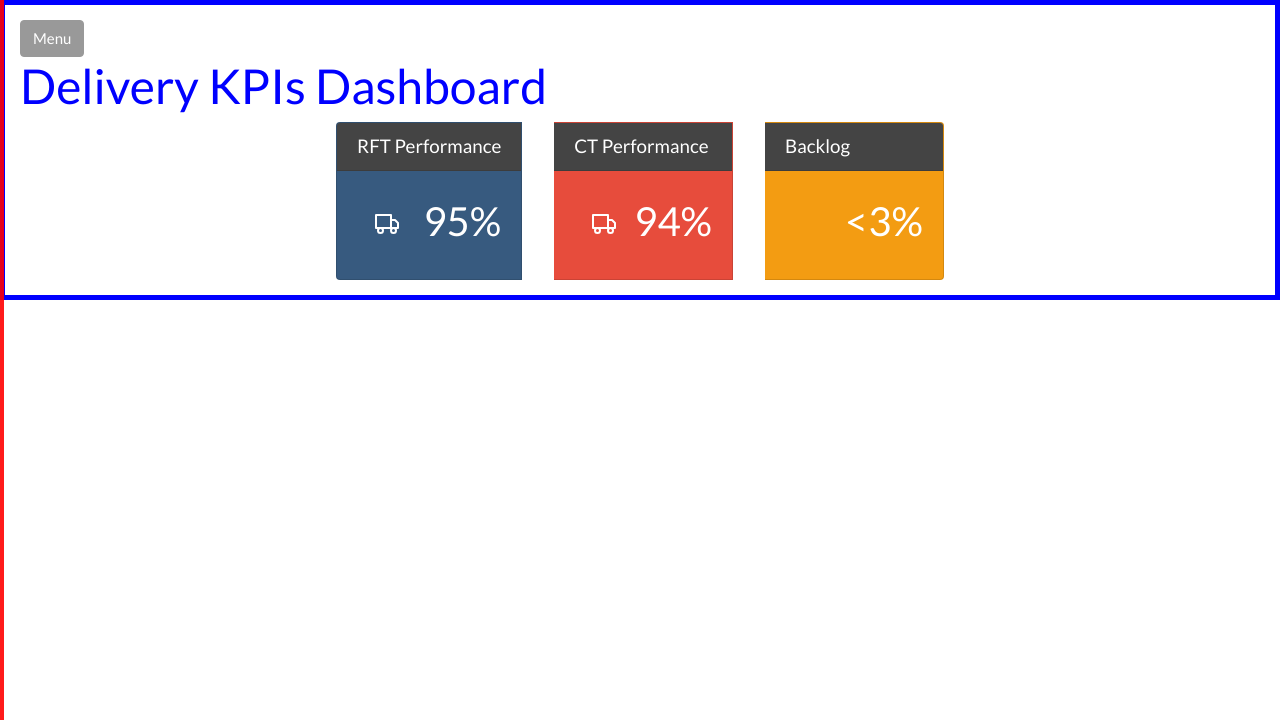
Repository: valenovi76/Delivery-Dashboard
Page: Index.html
The author's editor kept a record of every edit. The page is drawn from the files as they stood at one moment, then again after the next edit.
The browser window is 1280 px wide. The pictures show the whole page.
Some icons come from a web library that is not loaded, so they are not drawn. Some web libraries are served in a nearby version.

Above is the page before.
Console error: TypeError: Cannot read properties of null (reading 'textContent')

### Index.html
<!DOCTYPE html>
<html lang="en">

<head>
    <meta charset="UTF-8">
    <meta name="viewport" content="width=device-width, initial-scale=1.0">
    <meta http-equiv="X-UA-Compatible" content="ie=edge">

    <link rel="stylesheet" href="static/css/bootstrap.min.css" type="text/css" />
    <link rel="stylesheet" href="static/css/dc.min.css" type="text/css" />
    <link href="vendor/fontawesome-free/css/all.min.css" rel="stylesheet" type="text/css">
    <script type="text/javascript" src="static/js/d3.min.js"></script>
    <script type="text/javascript" src="static/js/crossfilter.min.js"></script>
    <script type="text/javascript" src="static/js/dc.min.js"></script>
    <script type="text/javascript" src="static/js/queue.min.js"></script>
    <script type="text/javascript" src="static/js/graphs.js"></script>
    <script src="https://ajax.googleapis.com/ajax/libs/jquery/1.11.3/jquery.min.js"></script>
    <script src="http://maxcdn.bootstrapcdn.com/bootstrap/3.3.4/js/bootstrap.min.js"></script>
    <link rel="stylesheet" href="static/css/style.css" type="text/css" />
    <title>Daily Delivery Dashboard</title>

</head>

<body>

    <div id="wrapper">

        <!-- Sidebar -->
        <div id="sidebar-wrapper">
            <ul class="sidebar-nav">
                <li><a href="#">RFT Performance</a></li>
                <li><a href="#">CT Performance</a></li>
                <li><a href="#">Backlog</a></li>
                <li><a href="#">Data Tables Downloads</a></li>
            </ul>
        </div>

        <!-- Page content -->
        <div id="page-content-wrapper">
            <div class="container-fluid">
                <div class="row">
                    <div class="header ">
                        <a href="#" class="btn btn-light" id="menu-toggle">Menu</a>
                        <h1>Delivery KPIs Dashboard</h1>
                    </div>
                </div>
                <div class="row">
                    <div class="col-lg-12">
                        <div class="row">
                            <div class="card-group mx-auto">
                                <div class="card flex-fill bg-primary text-white mx-3">
                                    <div class="card-header">
                                        <h5 class="card-title text-white mb-0">RFT Performance</h5>
                                    </div>
                                    <div class="card-body py-3">
                                        <div class="row no-gutters">
                                            <div class="col-4 align-self-center text-left">
                                                <div class="icon icon-primary">
                                                    <svg xmlns="http://www.w3.org/2000/svg" width="24" height="24" viewBox="0 0 24 24" fill="none" stroke="currentColor" stroke-width="2" stroke-linecap="round" stroke-linejoin="round" class="feather feather-truck align-middle">
                                                        <rect x="1" y="3" width="15" height="13"></rect>
                                                        <polygon points="16 8 20 8 23 11 23 16 16 16 16 8"></polygon>
                                                        <circle cx="5.5" cy="18.5" r="2.5"></circle>
                                                        <circle cx="18.5" cy="18.5" r="2.5"></circle>
                                                    </svg>
                                                </div>
                                            </div>
                                            <div class="col-8 align-self-center text-right">

                                                <h2 class="text-white">95%</h2>
                                            </div>
                                        </div>
                                    </div>
                                </div>
                                <div class="card flex-fill bg-danger text-white mx-3">
                                    <div class="card-header">
                                        <h5 class="card-title text-white mb-0">CT Performance</h5>
                                    </div>
                                    <div class="card-body py-3">
                                        <div class="row no-gutters">
                                            <div class="col-4 align-self-center text-left">
                                                <div class="icon icon-primary">
                                                    <svg xmlns="http://www.w3.org/2000/svg" width="24" height="24" viewBox="0 0 24 24" fill="none" stroke="currentColor" stroke-width="2" stroke-linecap="round" stroke-linejoin="round" class="feather feather-truck align-middle">
                                                        <rect x="1" y="3" width="15" height="13"></rect>
                                                        <polygon points="16 8 20 8 23 11 23 16 16 16 16 8"></polygon>
                                                        <circle cx="5.5" cy="18.5" r="2.5"></circle>
                                                        <circle cx="18.5" cy="18.5" r="2.5"></circle>
                                                    </svg>
                                                </div>
                                            </div>
                                            <div class="col-8 align-self-center text-right">
                                                <h2 class="text-white">94%</h2>
                                            </div>
                                        </div>
                                    </div>
                                </div>
                                <div class="card flex-fill bg-warning text-white mx-3">
                                    <div class="card-header">
                                        <h5 class="card-title text-white mb-0">Backlog</h5>
                                    </div>
                                    <div class="card-body py-3">
                                        <div class="row no-gutters">
                                            <div class="col-4 align-self-center text-left">
                                                <div class="icon icon-primary">
                                                    <i class="far fa-check-square"></i>
                                                </div>
                                            </div>
                                            <div class="col-8 align-self-center text-right">
                                                <h2 class="text-white"> <3% </h2>
                                            </div>
                                        </div>
                                    </div>
                                </div </div>
                            </div>
                        </div>
                    </div>
                </div>
            </div>

        </div>

        <!-- Menu toggle script -->
        <script>
            $("#menu-toggle").click(function(e) {
                e.preventDefault();
                $("#wrapper").toggleClass("menuDisplayed");
            });
        </script>

</body>

</html>

### static/js/graphs.js
//load data
queue()
.defer(d3.csv, "/data/orders.csv")
.await(makeGraphs);


// Make graphs function
function makeGraphs(error, orderData) {

    var ndx = crossfilter(orderData);


orderData.forEach(function(d){
d.CT_Ex_Delayed_Days=parseInt(d.CT_Ex_Delayed_Days)})




    show_wip_group_selector(ndx);
    show_product_selector(ndx);
    show_project_selector(ndx);
    show_created(ndx);
    show_completed(ndx);
    show_order_order_type(ndx);
    show_ct_avg(ndx);
    show_SLT_perf(ndx);
    show_ontime_late(ndx);
    show_percent_RFT_OnTime(ndx);
    show_percent_CT_Pass(ndx);
    show_monthly_delivery(ndx);



    dc.renderAll();
}


//Selector js
function show_wip_group_selector(ndx){
    var dim = ndx.dimension(dc.pluck('Channel'));
    var group = dim.group();
    var select = dc.selectMenu("#wip_group_selector")
        .dimension(dim)
        .group(group);

}
function show_product_selector(ndx){
    var dim = ndx.dimension(dc.pluck('Product'));
    var group = dim.group();
    var select = dc.selectMenu("#product_selector")
        .dimension(dim)
        .group(group);

}
function show_project_selector(ndx){
    var dim=ndx.dimension(dc.pluck('Project'));
    var group= dim.group();
    var select = dc.selectMenu("#project_selector")
        .dimension(dim)
        .group(group);

}

// KPIS values -RFT %

function show_percent_RFT_OnTime(ndx) {
    var percentageThatAreOnTime = ndx.groupAll().reduce(
        function(p, v) {
            p.total++;
                if(v.On_Time === "On-Time") {
                    p.match++;
                }
                return p;
            },
            function (p, v) {
                p.total--;
                if(v.On_Time === "On-Time") {
                    p.match--;
                }
                return p;
            },
            function () {
                return {total: 0, match: 0};
            }
    );

    dc.numberDisplay("#RFTPerc")
        .formatNumber(d3.format(".1%"))
        .valueAccessor(function (d) {
            if (d.count == 0) {
                return 0;
            } else {
                return ( d.match/d.total );
            }
        })
        .group(percentageThatAreOnTime)
}

// KPIS values - CT %

function show_percent_CT_Pass(ndx) {
    var percentageThatArePassed = ndx.groupAll().reduce(
        function(p, v) {
            p.total++;
                if(v.SLT_Status === "Pass") {
                    p.match++;
                }
                return p;
            },
            function (p, v) {
                p.total--;
                if(v.SLT_Status === "Pass") {
                    p.match--;
                }
                return p;
            },
            function () {
                return {total: 0, match: 0};
            }
    );

    dc.numberDisplay("#CTPerc")
        .formatNumber(d3.format(".1%"))
        .valueAccessor(function (d) {
            if (d.count == 0) {
                return 0;
            } else {
                return ( d.match/d.total );
            }
        })
        .group(percentageThatArePassed)
}

//KPIS values - Monthly deliveries
function show_monthly_delivery(ndx){
    var avgMonthlyDeliveries = ndx.groupAll().reduce(
        function(p, v) {
            p.total++;
                if(v.Order_Status === "Completed") {
                    p.match++;
                }
                return p;
            },
            function (p, v) {
                p.total--;
                if(v.Order_Status === "Completed") {
                    p.match--;
                }
                return p;
            },
            function () {
                return {total: 0, match: 0};
            }
    );

    dc.numberDisplay("#avg_monthly_delivery")
        .formatNumber(d3.format(".1f"))
        .valueAccessor(function (d) {
            if (d.total == 0) {
                return 0;
            } else {
                return ( d.match/6 );
            }
        })
        .group(avgMonthlyDeliveries)
}


//created line js
function show_created(ndx) {
var dim = ndx.dimension(dc.pluck('Created_Month'));
var group =dim.group();

dc.lineChart("#created")
.width(400)
.height(300)
.margins({top: 30, right: 40, bottom: 50, left: 50})
.dimension(dim)
.group(group)
.transitionDuration(500)
.x(d3.scale.ordinal())
.xUnits(dc.units.ordinal)
.elasticY(true)
.xAxisLabel("FY 2019-2020 Month")
.yAxis().ticks(20);
 }

//completed line js
function show_completed(ndx) {
var dim = ndx.dimension(dc.pluck('Completed_Month'));
var group = dim.group();

dc.lineChart("#completed")

.width(400)
.height(300)
.margins({top: 30, right: 40, bottom: 50, left: 50})
.dimension(dim)
.group(group)
.transitionDuration(500)
.x(d3.scale.ordinal())
.xUnits(dc.units.ordinal)
.elasticY(true)
.xAxisLabel("FY 2019-2020 Month")
.yAxis().ticks(20);
 }

//WIP pie js
function show_order_order_type(ndx) {
    var dim = ndx.dimension(dc.pluck('Order_Type'));
    var group = dim.group();


    dc.pieChart("#order_type")

        .width(400)
        .height(300)
        .slicesCap(4)
        .innerRadius(100)
        .dimension(dim)
        .group(group)
        .legend(dc.legend())

}
//CT Avg line js
function show_ct_avg(ndx){
var dim = ndx.dimension(dc.pluck("Completed_Month"));

function add_item(p,v){
p.count ++;
p.total += v.CT_Ex_Delayed_Days;
p.average = p.total/p.count;
return p;
}
function remove_item(p,v){
p.count--;
if(p.count==0){
p.total=0;
p.average=0;}else{
p.total -= v.CT_Ex_Delayed_Days;
p.average = p.total/p.count;
}
return p;
}
function initialise(){
    return{count:0, total:0, average:0};
}


var group= dim.group().reduce(add_item,remove_item,initialise);


dc.lineChart("#ct_avg")
.width(400)
.height(300)
.margins({top: 10, right: 50, bottom: 30, left: 50})
.dimension(dim)
.group(group)
.valueAccessor(function(d){
return d.value.average})
.transitionDuration(500)
.x(d3.scale.ordinal())
.xUnits(dc.units.ordinal)
.elasticY(true)
.xAxisLabel("FY 2019-2020 Month")
.yAxis().ticks(20);

}
//CT perf js
function show_SLT_perf(ndx){

    function SLTPerfByMonth(dimension, SLT_Status) {
        return dimension.group().reduce(
            function (p, v) {
                p.total++;
                if(v.SLT_Status == SLT_Status) {
                    p.match++;
                }
                return p;
            },
            function (p, v) {
                p.total--;
                if(v.SLT_Status == SLT_Status) {
                    p.match--;
                }
                return p;
            },
            function () {
                return {total: 0, match: 0};
            }
        );
    }

    var dim = ndx.dimension(dc.pluck("Completed_Month"));
    var PassByMonth = SLTPerfByMonth(dim, "Pass");
    var FailByMonth = SLTPerfByMonth(dim, "Fail");

    dc.barChart("#ct_perf")
        .width(400)
        .height(300)
        .dimension(dim)
        .group(PassByMonth, "Pass")
        .stack(FailByMonth, "Fail")
        .valueAccessor(function(d) {
            if(d.value.total > 0) {
                return (d.value.match / d.value.total) * 100;
            } else {
                return 0;
            }
        })
        .x(d3.scale.ordinal())
        .xUnits(dc.units.ordinal)
        .legend(dc.legend().x(320).y(20).itemHeight(15).gap(5))
        .margins({top: 10, right: 100, bottom: 30, left: 30});
}

  //On time vs Late stacked-bars graph

   function show_ontime_late(ndx) {

    function RFTPerfByMonth(dimension, On_Time) {
        return dimension.group().reduce(
            function (p, v) {
                p.total++;
                if(v.On_Time == On_Time) {
                    p.match++;
                }
                return p;
            },
            function (p, v) {
                p.total--;
                if(v.On_Time == On_Time) {
                    p.match--;
                }
                return p;
            },
            function () {
                return {total: 0, match: 0};
            }
        );
    }

    var dim = ndx.dimension(dc.pluck("Completed_Month"));
    var OnTimeByMonth = RFTPerfByMonth(dim, "On-Time");
    var LateByMonth = RFTPerfByMonth(dim, "Late");

    dc.barChart("#ontime_perf")
        .width(400)
        .height(300)
        .dimension(dim)
        .group(OnTimeByMonth, "On-Time")
        .stack(LateByMonth, "Late")
        .valueAccessor(function(d) {
            if(d.value.total > 0) {
                return (d.value.match / d.value.total) * 100;
            } else {
                return 0;
            }
        })
        .x(d3.scale.ordinal())
        .xUnits(dc.units.ordinal)
        .legend(dc.legend().x(320).y(20).itemHeight(15).gap(5))
        .margins({top: 10, right: 100, bottom: 30, left: 30});
   }

### static/css/style.css
/*Body*/
.page-content-wrapper{
    background-color: white;
}

/*Header*/

.kpis{
    margin-bottom: 20px;
    margin-top: 20px;
}

h1{
    color:blue;
    text-align: center;
}

.page-header{
    margin:20px;
}
/* Sidebar */
#sidebar-wrapper {
    z-index: 1;
    position: absolute;
    width: 0;
    height: 100%;
    overflow-y: hidden;
    background: #2C3E50;
    border: 2px solid red;
    opacity: 0.9;
}

/* Always take up entire screen */
#page-content-wrapper {
    width: 100%;
    position: absolute;
    padding: 15px;
    border: 5px solid blue;
}


/* Change with of sidebar from 0 to 250px */
#wrapper.menuDisplayed #sidebar-wrapper {
    width: 250px;
}

/* Since we added left padding, we need to shrink the width by 250px */
#wrapper.menuDisplayed #page-content-wrapper {
    padding-left: 250px;
}


/* Sidebar styling - the entire ul list */
.sidebar-nav {
    padding: 0;
    list-style: none;
}

.sidebar-nav li {
    text-indent: 20px;
    line-height: 40px;
}

.sidebar-nav li a {
    display: block;
    text-decoration: none;
    color: #ddd;
}

.sidebar-nav li a:hover {
    background: #16A085;
}

/*Header*/

/*Cards style*/
.card{
    display:block;
}

.icon {
    width: 60px !important;
    height: 60px !important;
    line-height: 52px;
    text-align: center;
    font-size: 2rem;
    margin: .5rem 0;
}

Loaded but not shown: static/css/bootstrap.min.css (library); static/css/dc.min.css (library); static/js/d3.min.js (library); static/js/crossfilter.min.js (library); static/js/dc.min.js (library); static/js/queue.min.js (common file)

After the next edit:
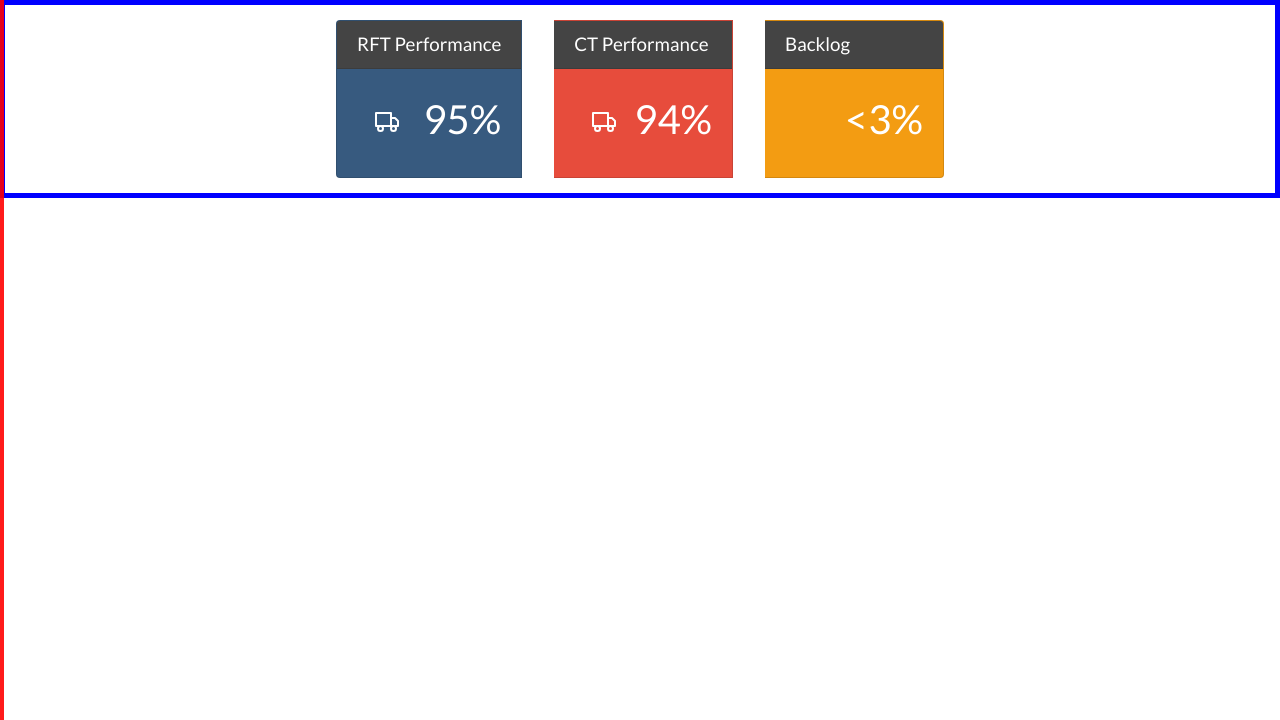
The edit:
--- a/Index.html
+++ b/Index.html
@@ -40,8 +40,7 @@
             <div class="container-fluid">
                 <div class="row">
                     <div class="header ">
-                        <a href="#" class="btn btn-light" id="menu-toggle">Menu</a>
-                        <h1>Delivery KPIs Dashboard</h1>
+
                     </div>
                 </div>
                 <div class="row">
